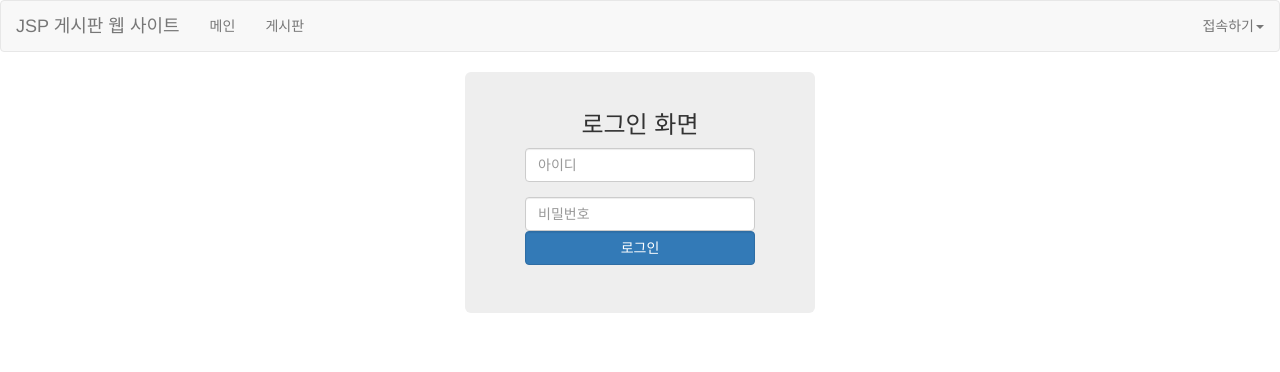
Repository: chyun94/JSP-
Page: http://localhost/BBS/join.jsp
These files come from the project's save history. The page is drawn as it stood at one moment and after the next save; the edit follows.
The browser window is 1280 px wide. The pictures show the whole page.
Some web libraries are served in a nearby version. The page is served by Tomcat 9. Other server files are loaded and not shown.

Above is the page before, as saved 2021-05-07 11:32:20.

### BBS/WebContent/join.jsp
<%@ page language="java" contentType="text/html; charset=UTF-8"
	pageEncoding="UTF-8"%>
<!DOCTYPE html>
<html>
<head>
<meta http-equiv="Content-Type" content="text/html; charset="UTF-8">
<!-- 아래 메타 태그는 디바이스마다 크기를 설정하기 위해서 작한한 메타 태그 -->
<meta name="viewport" content="width=device-width" , initial-scale="1">
<link rel="stylesheet" href="css/bootstrap.css">

<title>JSP 게시판 웹 사이트</title>
</head>
<body>
	<nav class="navbar navbar-default">
		<div class="navbar-header">
			<button type="button" class="navbar-toggle collapsed"
				data-toggle="collapse" data-target="#bs-example-navbar-collapse-1"
				aria-expanded="false">

				<span class="icon-bar"></span> <span class="icon-bar"></span> <span
					class="icon-bar"></span>

			</button>
			<a class="navbar-brand" href="main.jsp">JSP 게시판 웹 사이트</a>
		</div>
		<div class="collapse navbar-collapse"
			id="bs-example-navbar-collapse-1">
			<ul class="nav navbar-nav">
				<li><a href="main.jsp">메인</a></li>
				<li><a href="bbs.jsp">게시판</a></li>
			</ul>

			<ul class="nav navbar-nav navbar-right">
				<li class="dropdown">
				<a href="#" class="dropdown-toggle"
				data-toggle="dropdown" role="button" aria-haspopup="true"
				aria-expanded="false">접속하기<span class="caret"></span></a>

				<ul class="dropdown-menu">
					<li class="active"><a href="login.jsp">로그인</a></li>
					<li><a href="join.jsp">회원가입</a></li>
				</ul>
			</li>
		</ul>
	</div>
</nav>
	<!-- 컨테이너로 하나로 감싸주기 -->
	<div class="container">
		<div class="col-lg-4"></div>
		<div class="col-lg-4">
			<div class="jumbotron" style="padding-top: 20px;">
				<form method="post"  action="loginAction.jsp">
					<h3 style="text-align: center;">로그인 화면</h3>
					<div class="form-group">
						<input type="text" class="form-control" placeholder="아이디" name="userID" maxlength="20">
					</div>
					<div>
						<input type="text" class="form-control" placeholder="비밀번호" name="userPassword" maxlength="20">
					</div>
					<input type="submit" class="btn btn-primary form-control" value="로그인">
				</form>
			</div>
		</div>
	</div>
	<div class="col-lg-4"></div>

	<script src="https://code.jquery.com/jquery-3.1.1.min.js"></script>
	<script src="js/bootstrap.js"></script>

</body>
</html>

Loaded but not shown: BBS/WebContent/css/bootstrap.css (library); BBS/WebContent/js/bootstrap.js (library)

After the next save:
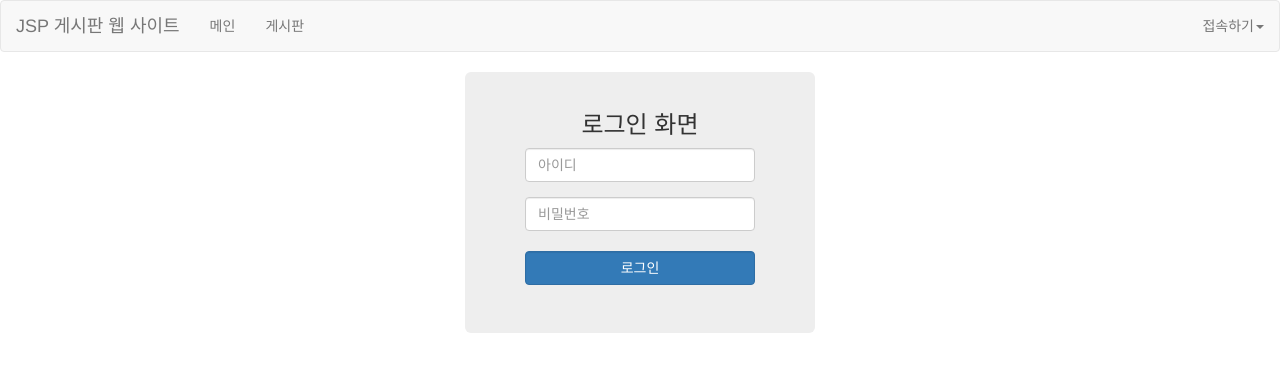
Saved 51 s later.
--- a/BBS/WebContent/join.jsp
+++ b/BBS/WebContent/join.jsp
@@ -57,7 +57,9 @@
 					<div>
 						<input type="text" class="form-control" placeholder="비밀번호" name="userPassword" maxlength="20">
 					</div>
+					<div style="padding-top: 20px;">
 					<input type="submit" class="btn btn-primary form-control" value="로그인">
+					</div>
 				</form>
 			</div>
 		</div>
